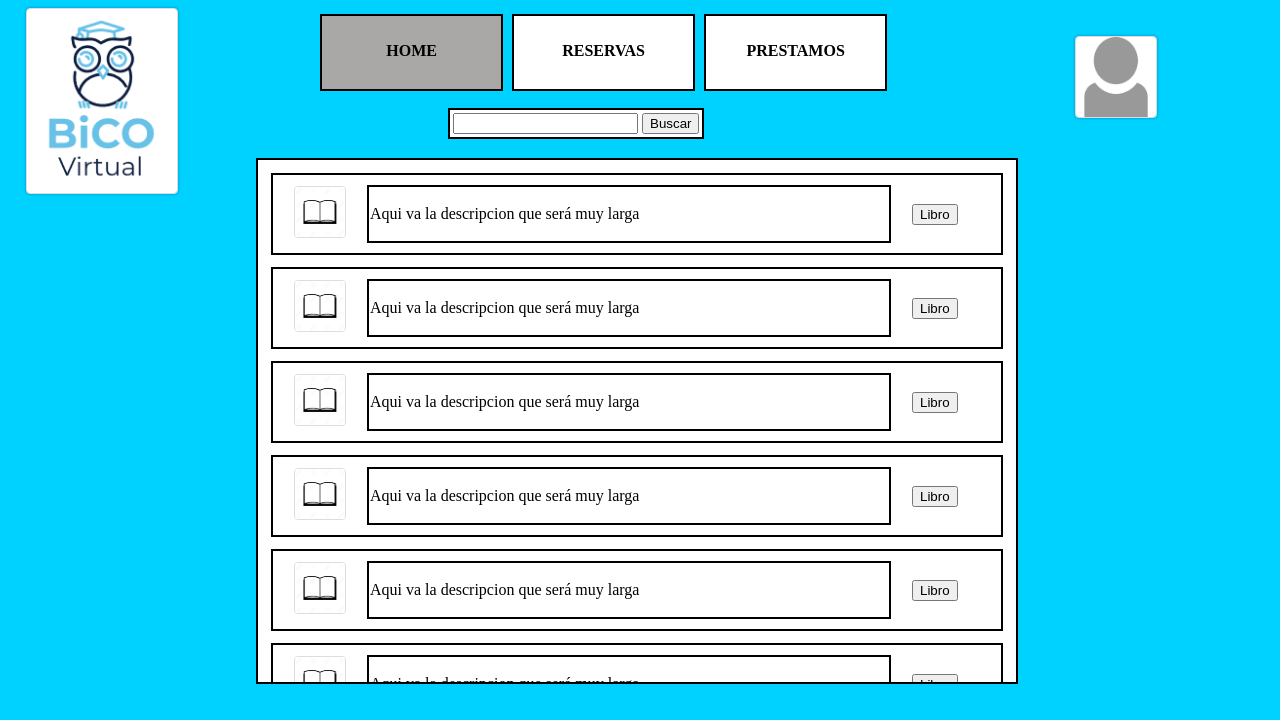
Repository: i72frpeu/IW_Bien
Page: http://localhost/Trabajo_IW/Vistas/Libro.jsp
These files come from the project's save history. The page is drawn as it stood at one moment and after the next save; the edit follows.
The browser window is 1280 px wide. The pictures show the whole page.
An inner scrolling area shows only its first screen. The page is served by Tomcat 9.

Above is the page before, as saved 2020-05-16 17:49:01.

After the next save:
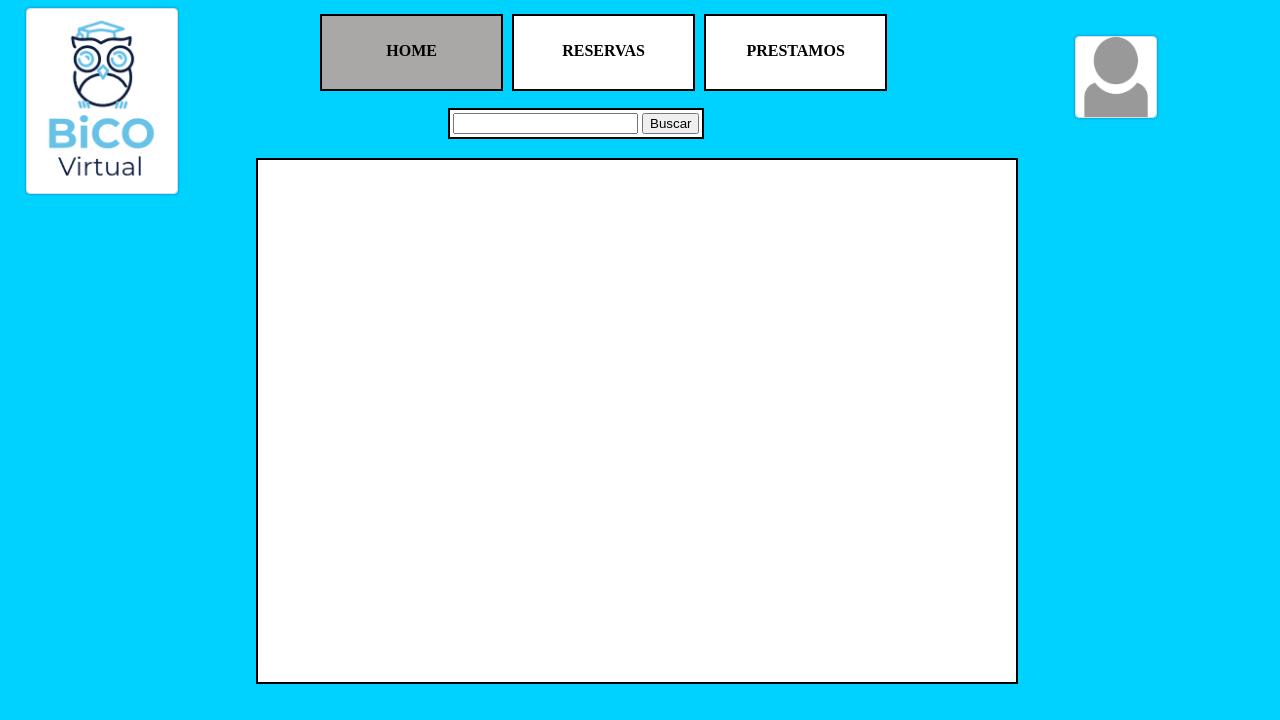
Saved 32 s later.
--- a/WorkSpace/Trabajo IW/WebContent/Vistas/Libro.jsp
+++ b/WorkSpace/Trabajo IW/WebContent/Vistas/Libro.jsp
@@ -27,21 +27,7 @@
   </div>
 
   <div class="div_home">
-    <table class="dos">
-    <% for (int i = 0; i < 8; i++){ %>
-        <tr>
-          <td>
-              <table class="uno">
-                  <tr>
-                    <td class="td_user_img"><a href=""><img src="img/libro.png" alt="IMG_USER" class="img_user_2"></a></td>
-                    <td class="td_user_des">Aqui va la descripcion que será muy larga</td>
-                    <td> <a href="mvc/control/eventControl.jsp"><button name="foro" class="boton_user">Libro</button></a><td>
-                  </tr>
-                </table>
-          </td>
-        </tr>
-        <%} %>
-    </table>
+
   </div>
 
 </body>
